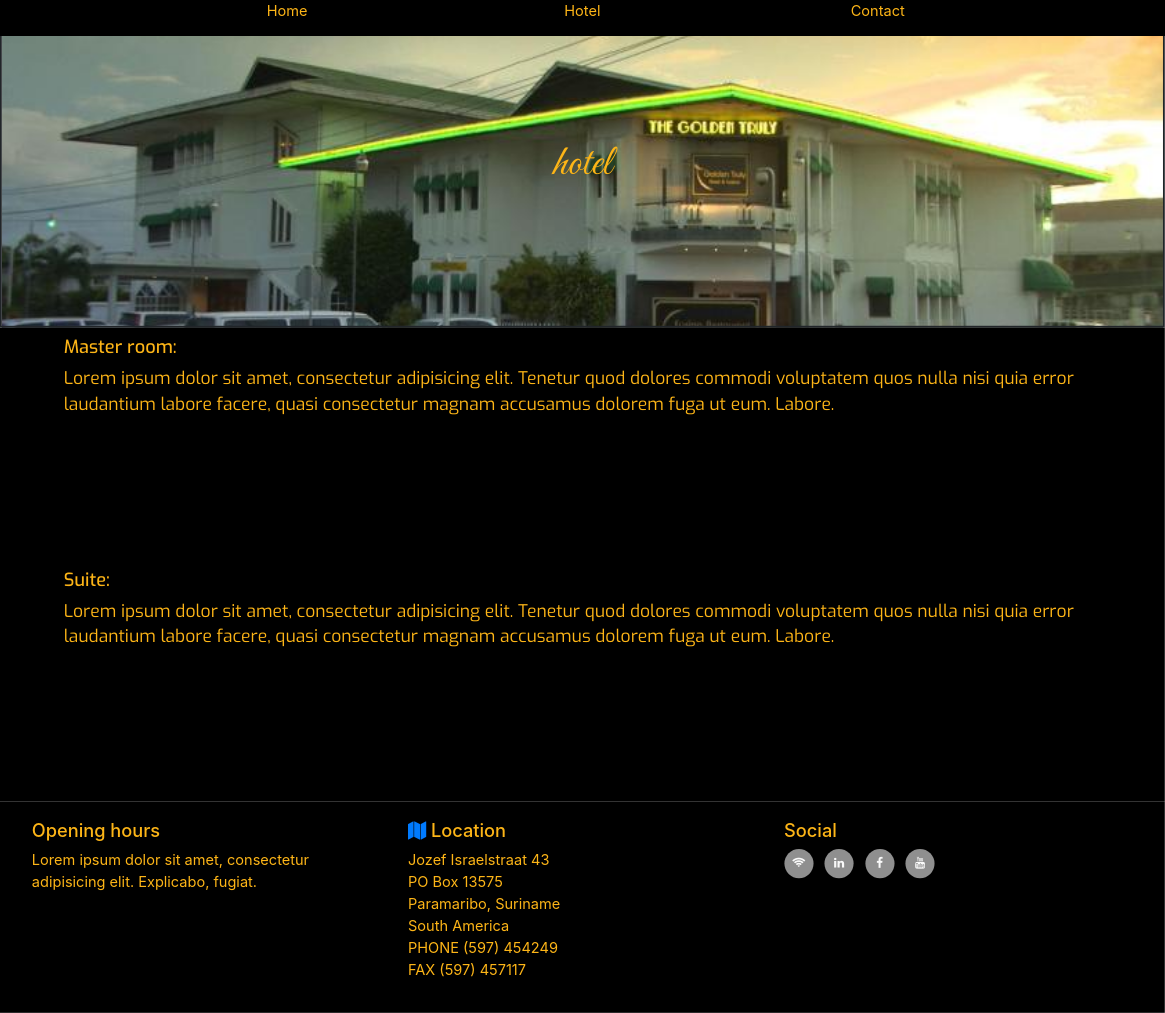
Repository: Code-Institute-Submissions/anthonycaf-Milestone1
Page: hotel.html
The author's editor kept a record of every edit. The page is drawn from the files as they stood at one moment, then again after the next edit.
The browser window is 1280 px wide. The pictures show the whole page, at 91% of full size.

Above is the page before.

### hotel.html
<!DOCTYPE html>
<html lang="en">
<head>
    <meta charset="UTF-8">
    <meta name="viewport" content="width=device-width, initial-scale=1.0">
    <meta http-equiv="X-UA-Compatible" content="ie=edge">
    <!--             links/bootstrap/fontawsome    -->
    <link rel="stylesheet" href="https://stackpath.bootstrapcdn.com/font-awesome/4.7.0/css/font-awesome.min.css" type="text/css" />
    <link rel="stylesheet" href="https://stackpath.bootstrapcdn.com/bootstrap/4.3.1/css/bootstrap.min.css" type="text/css" />
    <!--             main/css                      -->
    <link rel="stylesheet" href="./css/style.css" type="text/css" />
    <title>Golden Truly Hotel</title>
</head>
<body>
        <header>
            <nav class="nav-bar">
                <ul class="nav-bar-menu">
                    <li class="nav-bar-item"><a href="index.html">Home</a></li>
                    <li class="nav-bar-item"><a href="hotel.html">Hotel</a></li>
                    <li class="nav-bar-item"><a href="contact.html">Contact</a></li>
                </ul>
            </nav>
             <div class="bg-image-title">
                <a href="index.html" class="img"></a>
                <h1 class="uppercase text-center" id="title">hotel</h1>
            </div>
        </header>
        <main>
       <div class="container">
           <div class="row now gutters">
               <h5 class="uppercase text-center">Master room:</h5>
               <p>Lorem ipsum dolor sit amet, consectetur adipisicing elit.
               Tenetur quod dolores commodi voluptatem quos nulla nisi quia
               error laudantium labore facere, quasi consectetur magnam accusamus
               dolorem fuga ut eum. Labore.</p>
               <div class="master-img1 col-4 bg-img-size">
                <a href="index.html"></a></div>
                <div class="master-img2 col-4 bg-img-size">
                 <a href="hotel.html"></a></div>
                 <div class="master-img3 col-4 bg-img-size">
                  <a href="hotel.html"></a></div>
           </div>
       </div>
        <div class="container">
           <div class="row now gutters">
               <h5 class="uppercase text-center">Suite:</h5>
               <p>Lorem ipsum dolor sit amet, consectetur adipisicing elit.
               Tenetur quod dolores commodi voluptatem quos nulla nisi quia
               error laudantium labore facere, quasi consectetur magnam accusamus
               dolorem fuga ut eum. Labore.</p>
               <div class="suite-img1 col-4 bg-img-size">
                <a href="index.html"></a></div>
                <div class="suite-img2 col-4 bg-img-size">
                 <a href="hotel.html"></a></div>
                 <div class="suite-img3 col-4 bg-img-size">
                  <a href="hotel.html"></a></div>
           </div>
       </div>
       </main>
         <footer class="container-fluid">
    <div id="footer-details" class="row">
     <div class="col-sm-4">
      <h5 class="uppercase general-sub">Opening hours</h5>
      <p class="inline-block">
       Lorem ipsum dolor sit amet, consectetur adipisicing elit. Explicabo, fugiat.
      </p>
     </div>
     <div class="col-sm-4">
       <h5 class="uppercase general-sub"> <a href="assets/cv/sample-cv.pdf" target="_blank" class="cv-pdf">
        <i class="fa fa-map marker alt" aria-hidden="true"></i>
        <span class="sr-only">Map link.</span>
       </a>Location</h5>
       <p class="inline-block">Jozef Israelstraat 43<br>
           PO Box 13575<br>
           Paramaribo, Suriname<br>
              South America<br>
            PHONE (597) 454249<br>
              FAX (597) 457117
 </p>

     </div>
     <div class="col-sm-4">
       <h5 class="uppercase general-sub">Social</h5>
       <ul class="list-inline social-links">
           <li class="list-inline-item">
         <a href="#" target="_blank">
          <i class="fa fa-wifi" aria-hidden="true"></i>
          <span class="sr-only">wifi</span>
         </a>
        </li>
        <li class="list-inline-item">
         <a href="#" target="_blank">
          <i class="fa fa-linkedin" aria-hidden="true"></i>
          <span class="sr-only">Linkedin</span>
         </a>
        </li>

        <li class="list-inline-item">
         <a href="#" target="_blank">
          <i class="fa fa-facebook" aria-hidden="true"></i>
          <span class="sr-only">facebook</span>
         </a>
        </li>

        <li class="list-inline-item">
         <a href="#" target="_blank">
          <i class="fa fa-youtube" aria-hidden="true"></i>
          <span class="sr-only">youtube</span>
         </a>
        </li>
       </ul>
     </div>
    </div>
    </footer>


</body>
</html>

### css/style.css
 /*------------google-fonts----------*/

@import url('https://fonts.googleapis.com/css?family=Exo:100,200,300,400,500,600,700|Great+Vibes&display=swap:100,200,300,400,500,600,700');

body {
margin:0;
padding: 0;
}
 /*------------main----------*/
 main {
     font-family: "Exo",sans-serif;
     font-size: 1.2em;
     width: 100%;
     background-color:
     #000000;
     color: #fdb517;
    padding-top: 10px;

 }
  .box-size {
    background-image: url(../images/design-lobby-ceiling.jpg);
    background-clip: border-box;
    background-position: center;
    background-repeat: no-repeat;
    background-size: cover;
  width: 33.3%;
  height: 150px;
 }
 .img1 {



 }
.img2 {

  background-clip: border-box;
    background-position: center;
    background-repeat: no-repeat;
    background-size: cover;
  width: 33.3%;
  height: 150px;
}
.img3 {
 background-image: url(../images/housekeeping.jpg);

}
 .bg-image-title {
   background: url("../images/golden-truly-hotel.jpg");
    background-clip: border-box;
    background-position: center;
    background-repeat: no-repeat;
    background-size: cover;
    transition: all .5s ease-in-out;
    -moz-transition: all .5s ease-in-out;
    -webkit-transition: all .5s ease-in-out;
     height: 360px;
     border: 2px solid;

 }
 #title {
  color: #fdb517;
     font-family: "Great Vibes",sans-serif;
     font-size: 3em;
     text-align: center;
     padding-top: 150px;
 }
 #welcome {
   color: #fdb517;
     font-family: "Great Vibes",sans-serif;
     font-size: 2.5em;}
   .section {
    margin: 0 auto;
   }

  /*-----------main nav-bar----------*/
  .nav-bar {
   position: fixed;
   top: 0;
   left: 0;
   right: 0;
   background-color: #000000;

  }

  .nav-bar-menu {
   width: 100%;
   list-style: none;
   text-align: center;
 padding: 0;

  }
  .nav-bar-item a {
   font-size: 1em;
   text-align: center;
   color: #fdb517;
    text-decoration: none;
    height: 120px;
     width: 100%;
  }
  .nav-bar-item a:hover {
   border-radius: 20px;
   background-color: #fdb517;
   color: #000000;
    transition: all 0.35s ease-in-out;
    -moz-transition: all 0.35s ease-in-out;
    -webkit-transition: all 0.35s ease-in-out;
    -o-transition: all 0.35s ease-in-out;
  }
  .nav-bar-item {
   width: 25%;
  display: inline-block;

 }

iframe {
 width: 100%;
 height: 360px;
 border: none;
 margin: 0;
}
 /*-----------main footer----------*/

 .container-fluid {
  background-color: #000000;
  color: #fdb517;

 }

 footer {
    background-color: #525252;
    color: #fafafa;
    min-height: 120px;
    margin: 0;
    padding: 0;
}

.social-links {
    padding-bottom: 15px;
}
.social-links li a i {
    width: 32px;
    height: 32px;
    padding: 12px 0;
    border-radius: 50%;
    font-size: 13px;
    line-height: 7px;
    text-align: center;
    color: #fafafa;
    background-color: #8f8f8f;
     transition: all 0.35s ease-in-out;
    -moz-transition: all 0.35s ease-in-out;
    -webkit-transition: all 0.35s ease-in-out;
    -o-transition: all 0.35s ease-in-out;
}
.social-links li a i:hover {
    background: #fdb517;
}
#footer-details {
    padding:20px;
}
/*-----------hotel.html----------*/
.bg-img-size {
  background-clip: border-box;
    background-position: center;
    background-repeat: no-repeat;
    background-size: cover;
  width: 33.3%;
  height: 150px;
}
.master-img1 {

}
/*   contact.html/form    */
.contact-heading, .contact-thanks {
    font-family: "Great Vibes", sans-serif;
    font-weight: 300;
    margin-top: 25px;
    margin-bottom: 20px;

}
form {

    padding-top: 10px;
    margin: 0 auto;
    max-width: 70%;
}
button[type="submit"] {
    margin-top: 15px;
    margin-bottom: 20px;
    color: #fdb517;
    background-color: #000000;

}
/*-------------------------------------Media queries*/

@media(min-width: 992px) {
   .center-form {
    padding-top: 30px;
    min-height: 240px;
    margin: 0 auto;
    max-width: 50%;
}
}

After the next edit:
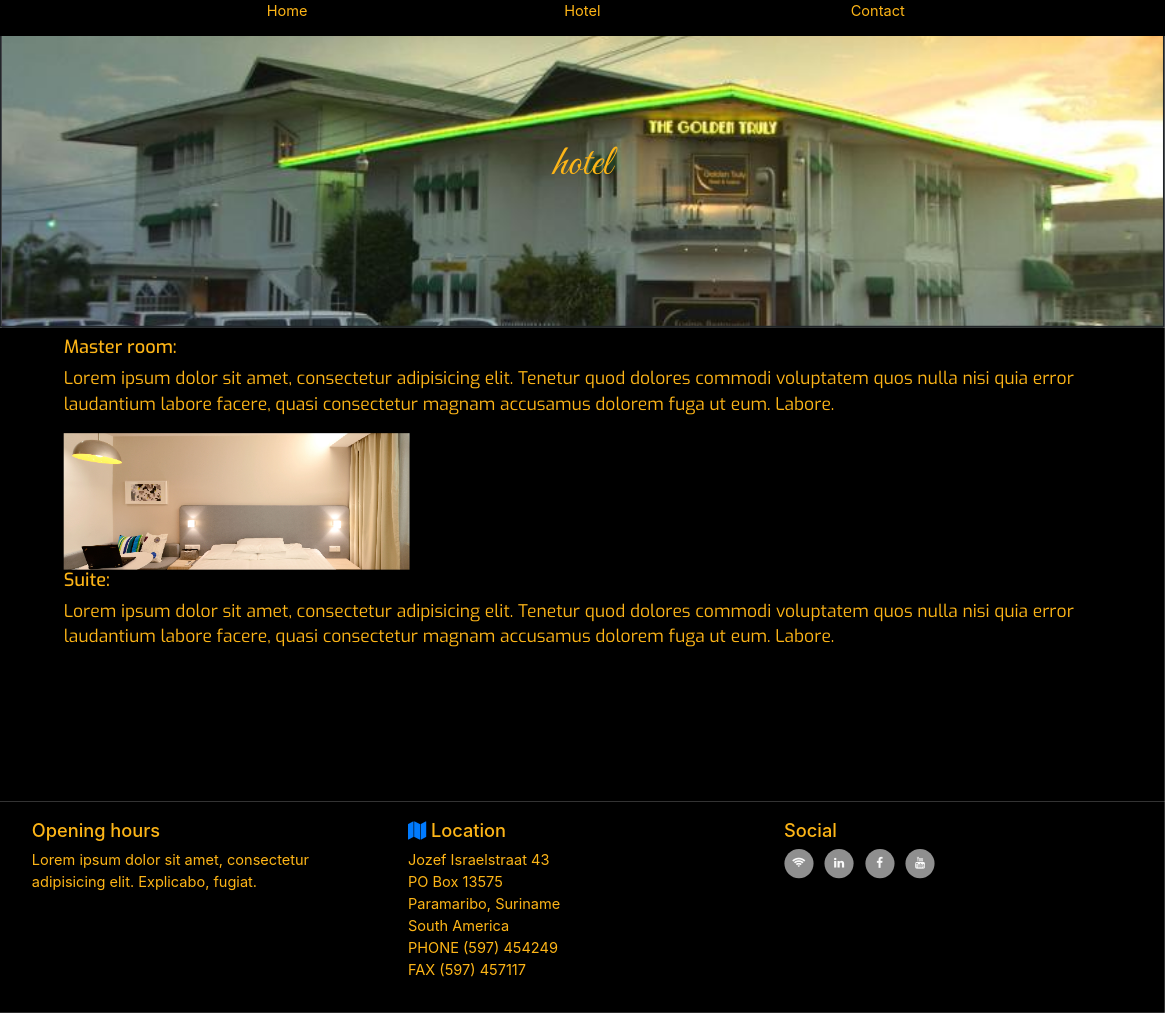
The edit:
--- a/css/style.css
+++ b/css/style.css
@@ -168,7 +168,7 @@
   height: 150px;
 }
 .master-img1 {
-
+ background-image: url(../images/master1.jpg);
 }
 /*   contact.html/form    */
 .contact-heading, .contact-thanks {
